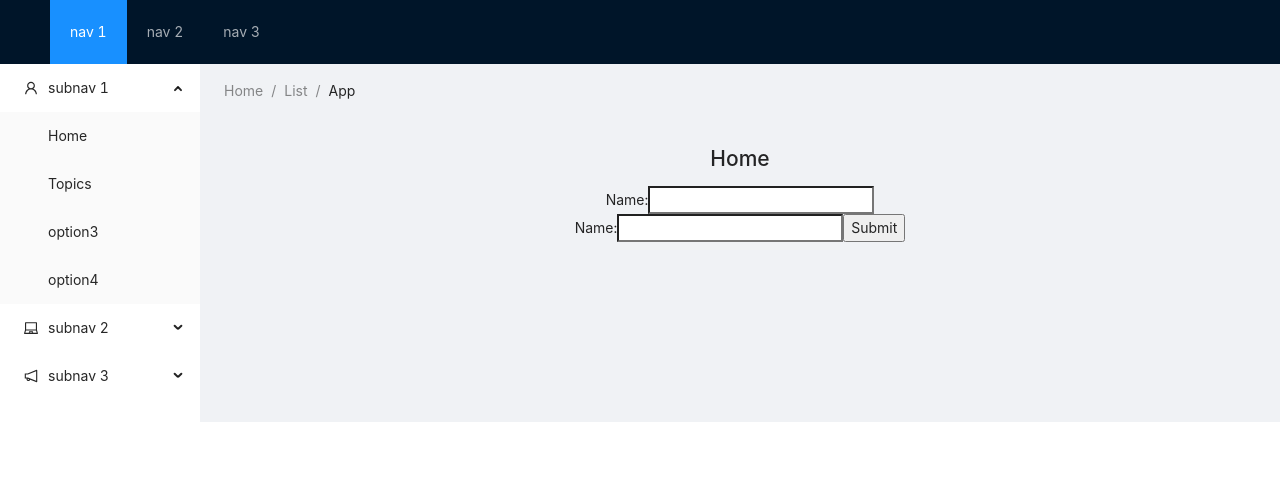
Repository: x213212/sharejobpool
Page: /
An editor plug-in stored every save of this project. The page is shown before and after a run of saves, followed by the edit.
The browser window is 1280 px wide. The pictures show the whole page.
The project was rebuilt for these pictures with package versions that can differ from the ones it lists, and the page was loaded fresh each time. Also part of the build but not shown: src/index.css, src/components/CommandButton/CommandButton.js.

Above is the page before, as saved 2020-06-21 18:45:52.

After the next 4 saves:
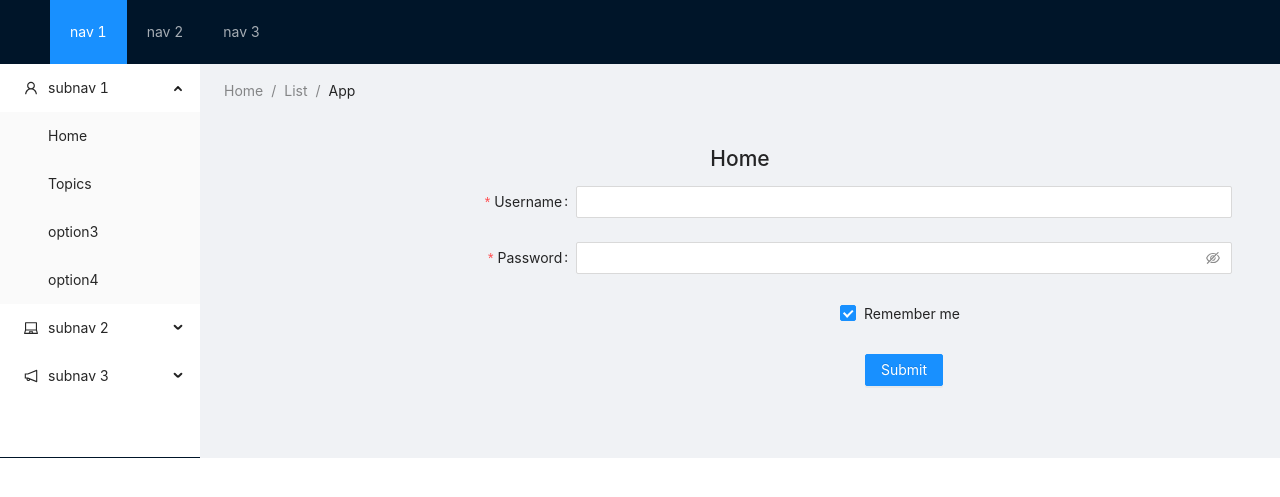
The 4 saves are shown as one change because 3 did not build or start.
The last was saved 45 s later.
--- a/src/components/CommandHome/CommandHome.js
+++ b/src/components/CommandHome/CommandHome.js
@@ -1,6 +1,20 @@
 import React from 'react';
 import { Component } from 'react'
 import { Form, Input, Button, Checkbox } from 'antd';
+const onFinish = values => {
+   console.log('Success:', values);
+ };
+
+ const onFinishFailed = errorInfo => {
+   console.log('Failed:', errorInfo);
+ };
+ const layout = {
+   labelCol: { span: 8 },
+   wrapperCol: { span: 16 },
+ };
+ const tailLayout = {
+   wrapperCol: { offset: 8, span: 16 },
+ };
 export default class CommandHome extends Component {
    constructor(props) {
       super(props)
@@ -31,23 +45,39 @@ export default class CommandHome extends Component {
       // let lists = objLists.map((list) => <Button key={list.id} id={list.id} onClick={() => this.sayHello(list.list)} >{list.list}</Button>)
 
       return (
-         // <ul>
-         // {lists}
-         // </ul>
-         <div>
-            <form onSubmit={this.handleSubmit}>
-               <label>
-                  Name:
-          <input type="text" value={this.state.value} onChange={this.handleChange} />
-               </label>
-               <br></br>
-               <label>
-                  Name:
-          <input type="text" value={this.state.value} onChange={this.handleChange} />
-               </label>
-               <input type="submit" value="Submit" />
-            </form>
-         </div>
-      );
+         <Form
+           {...layout}
+           name="basic"
+           initialValues={{ remember: true }}
+           onFinish={onFinish}
+           onFinishFailed={onFinishFailed}
+         >
+           <Form.Item
+             label="Username"
+             name="username"
+             rules={[{ required: true, message: 'Please input your username!' }]}
+           >
+             <Input />
+           </Form.Item>
+
+           <Form.Item
+             label="Password"
+             name="password"
+             rules={[{ required: true, message: 'Please input your password!' }]}
+           >
+             <Input.Password />
+           </Form.Item>
+
+           <Form.Item {...tailLayout} name="remember" valuePropName="checked">
+             <Checkbox>Remember me</Checkbox>
+           </Form.Item>
+
+           <Form.Item {...tailLayout}>
+             <Button type="primary" htmlType="submit">
+               Submit
+             </Button>
+           </Form.Item>
+         </Form>
+       );
    }
 }
